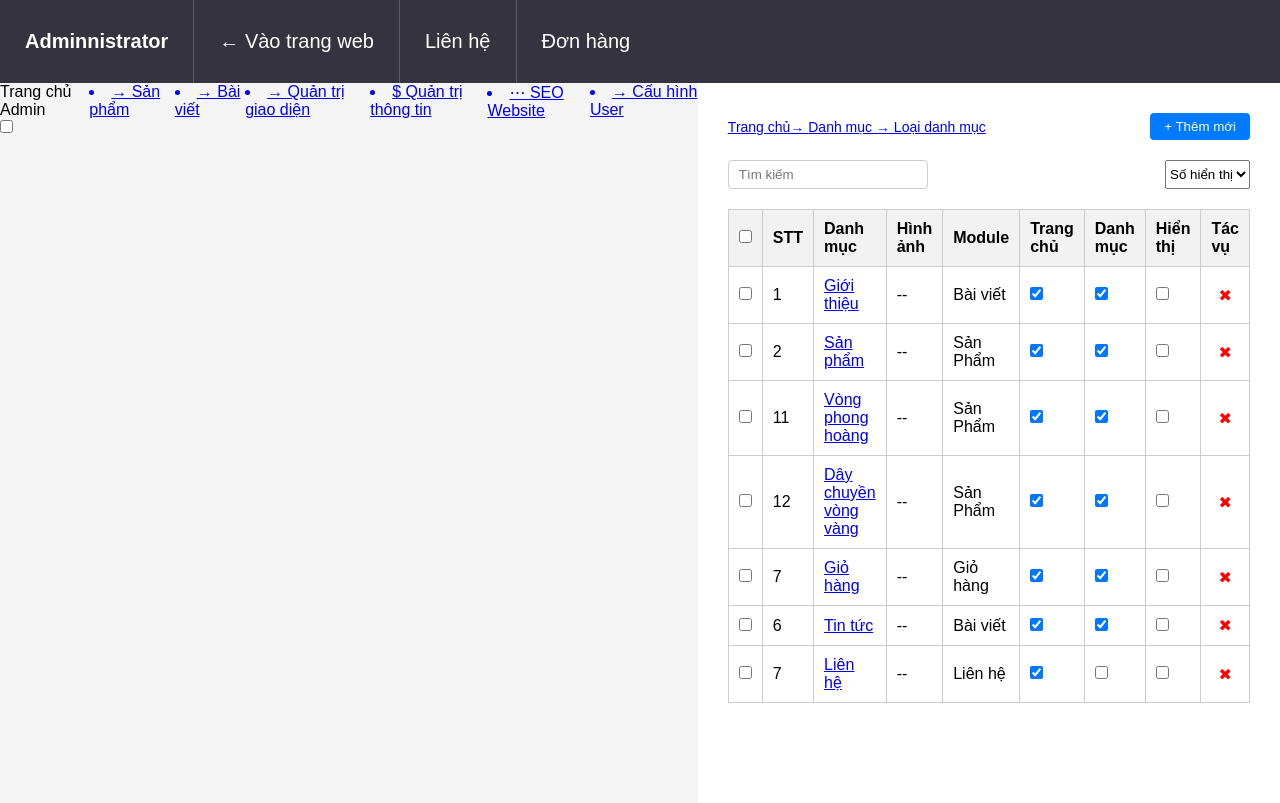
Repository: TranTanDat0606/Du-An-1
Page: Admin]/admin.html
An editor plug-in stored every save of this project. The page is shown before and after a run of saves, followed by the edit.
The browser window is 1280 px wide. The pictures show the whole page.

Above is the page before, as saved 2025-07-31 08:53:15.

After the next 4 saves:
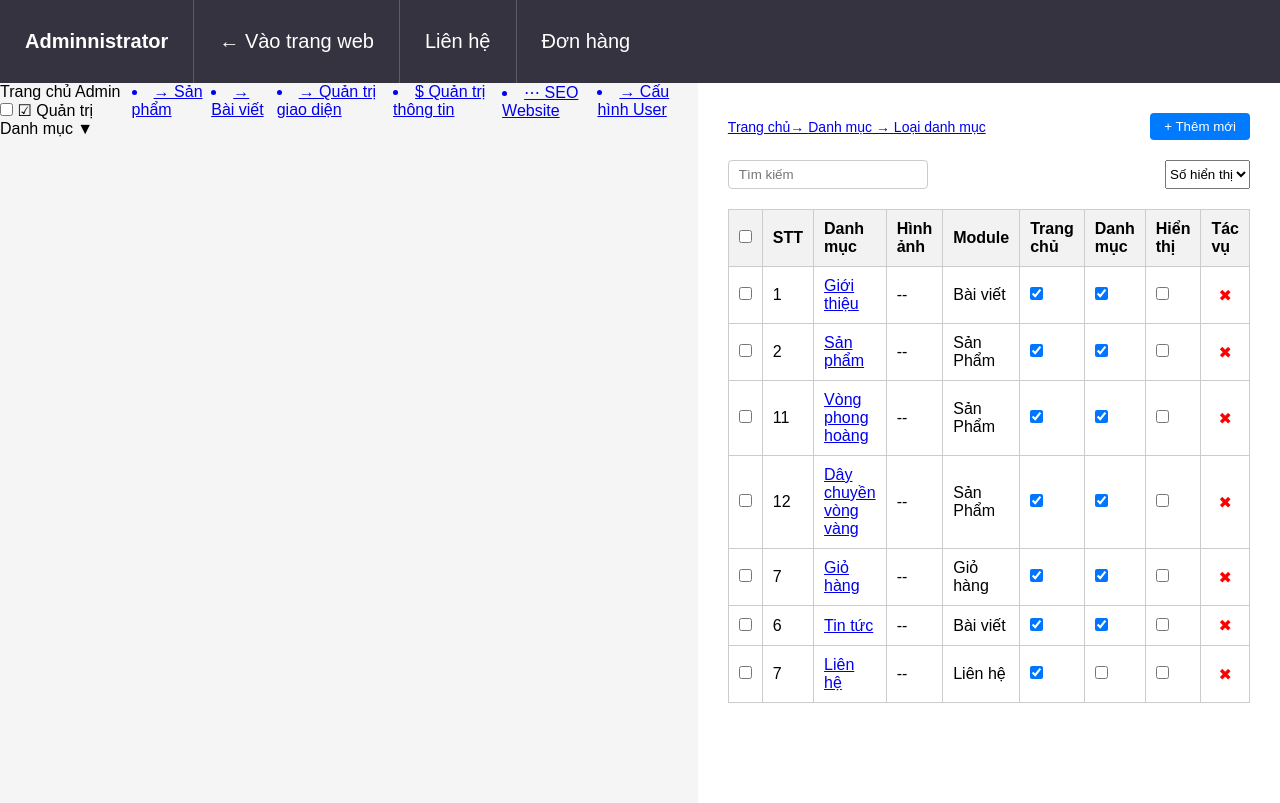
The 4 saves are shown as one change because they came seconds apart.
The last was saved 10 s later.
--- a/Admin]/admin.html
+++ b/Admin]/admin.html
@@ -18,7 +18,7 @@
     <div class="admin-title">Trang chủ Admin</div>
     <div class="dropdown">
         <input type="checkbox" id="menu-toggle"/>
-        <label for="menu-toggle"></label>
+        <label for="menu-toggle" class="dropdown-label">☑ Quản trị Danh mục ▼</label>
     </div>
  </div>
 
